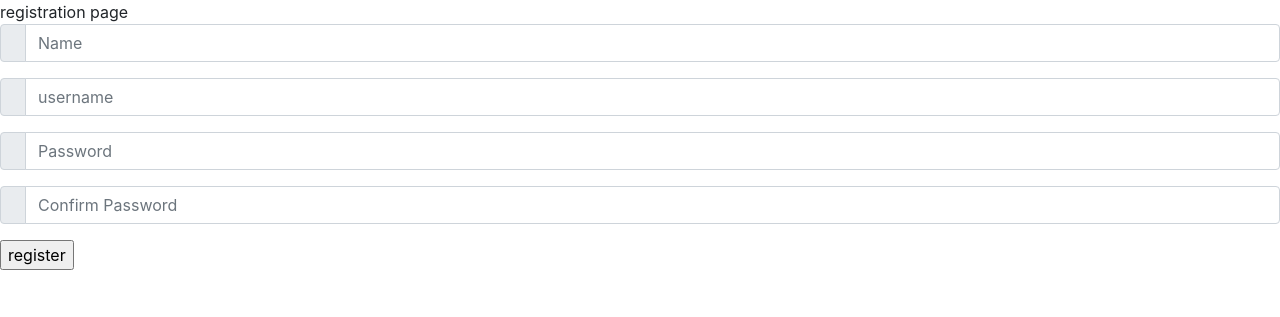
Repository: vishnushelke/LoginPage
Page: http://localhost/MyLoginPage/register.jsp
An editor plug-in stored every save of this project. The page is shown before and after the next save, followed by the edit.
The browser window is 1280 px wide. The pictures show the whole page.
The page is served by Tomcat 9. Other server files are loaded and not shown.

Above is the page before, as saved 2019-10-10 06:07:31.

### MyLoginPage/WebContent/register.jsp
<%@ page language="java" contentType="text/html; charset=UTF-8"
    pageEncoding="UTF-8"%>
<!DOCTYPE html>
<html>
<head>
<meta charset="UTF-8">
<title>Insert title here</title>
<link rel="stylesheet"
href="https://maxcdn.bootstrapcdn.com/bootstrap/4.3.1/css/bootstrap.min.css">
<script
src="https://ajax.googleapis.com/ajax/libs/jquery/3.4.1/jquery.min.js"></script>
<script
src="https://cdnjs.cloudflare.com/ajax/libs/popper.js/1.14.7/umd/popper.min.js"></script>
<script
src="https://maxcdn.bootstrapcdn.com/bootstrap/4.3.1/js/bootstrap.min.js"></script>
</head>
<body>
<form action="register" method="post">
registration page<br>
<div class="input-group mb-3">
  <div class="input-group-prepend">
    <span class="input-group-text" id="basic-addon1"></span>
  </div>
  <input type="text" class="form-control" placeholder="Name" name="name" aria-label="Name" aria-describedby="basic-addon1">
</div>

<div class="input-group mb-3">
  <div class="input-group-prepend">
    <span class="input-group-text" id="basic-addon1"></span>
  </div>
  <input type="text" class="form-control" placeholder="username" name="username" aria-label="Username" aria-describedby="basic-addon1">
</div>

<div class="input-group mb-3">
  <div class="input-group-prepend">
    <span class="input-group-text" id="basic-addon1"></span>
  </div>
  <input type="password" class="form-control" placeholder="Password" name="password" aria-label="Password" aria-describedby="basic-addon1">
</div>

<div class="input-group mb-3">
  <div class="input-group-prepend">
    <span class="input-group-text" id="basic-addon1"></span>
  </div>
  <input type="password" class="form-control" placeholder="Confirm Password" name="confirm_password" aria-label="Confirm Password" aria-describedby="basic-addon1">
</div>
<input type="submit" value="register">
</form>

</body>
</html>

After the next save:
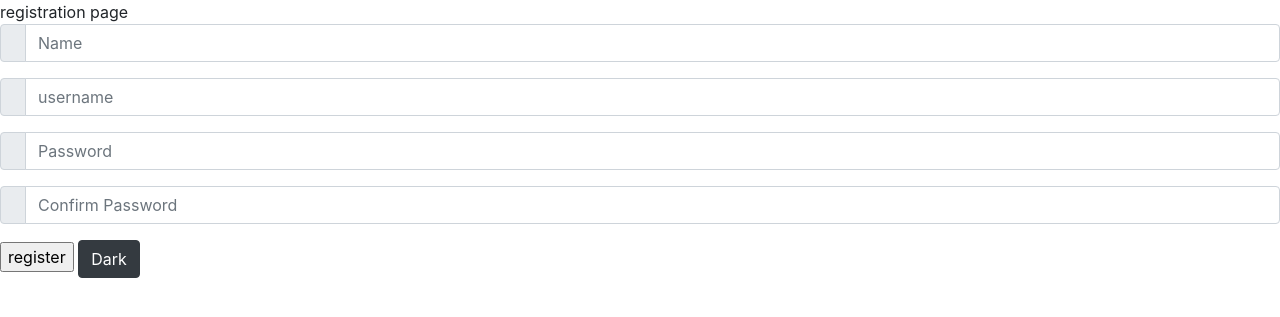
Saved 2 min 20 s later.
--- a/MyLoginPage/WebContent/register.jsp
+++ b/MyLoginPage/WebContent/register.jsp
@@ -45,6 +45,7 @@
   <input type="password" class="form-control" placeholder="Confirm Password" name="confirm_password" aria-label="Confirm Password" aria-describedby="basic-addon1">
 </div>
 <input type="submit" value="register">
+<button type="button" value="register" class="btn btn-dark">Dark</button>
 </form>
 
 </body>
